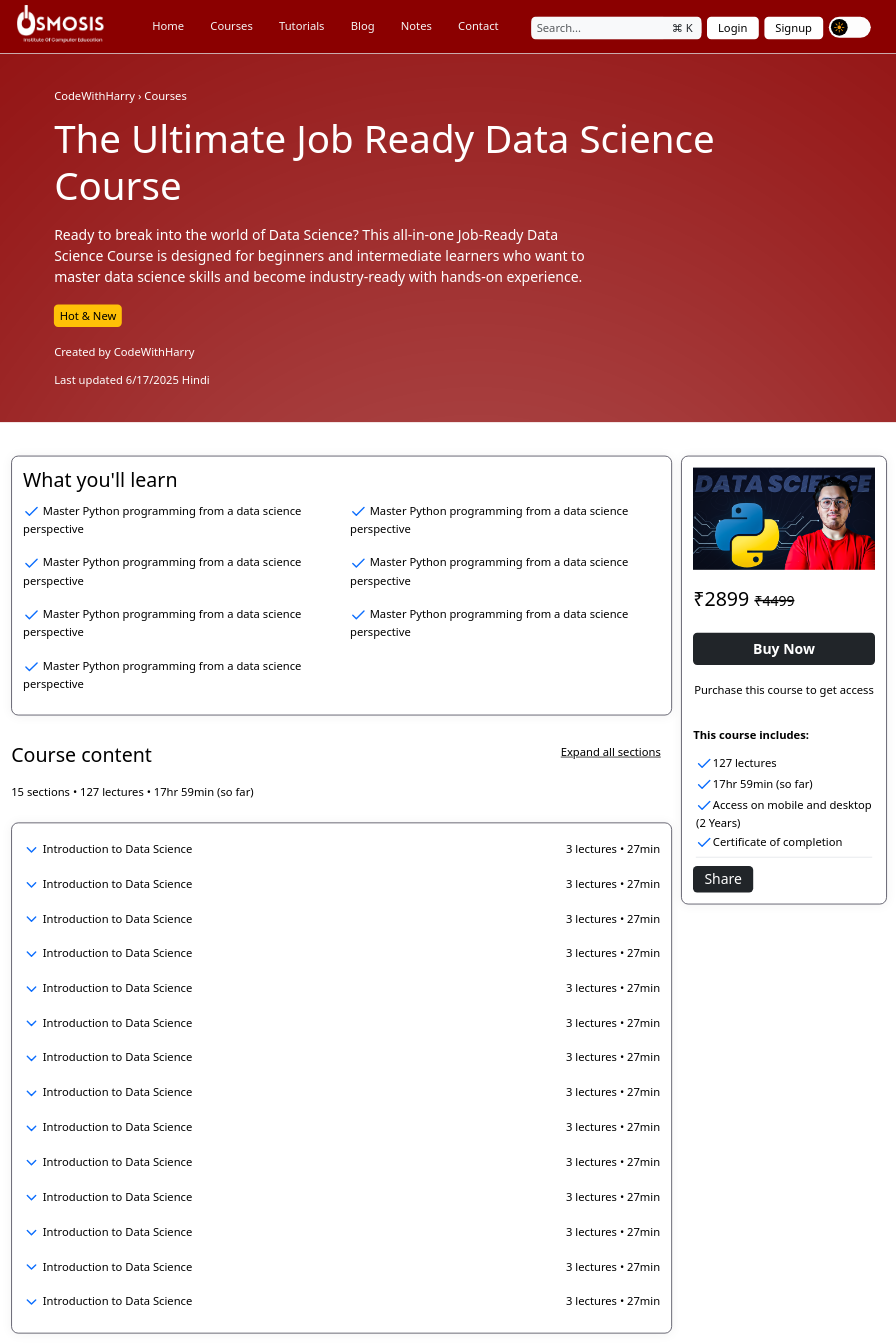
Repository: samriidhpandey/osmosis
Page: /part1
An editor plug-in stored every save of this project. The page is shown before and after the next save, followed by the edit.
The browser window is 1280 px wide. The pictures show the part of the page from y = 0 to 1920 px (the page is 2843 px tall), at 70% of full size.
The project was rebuilt for these pictures with package versions that can differ from the ones it lists, and the page was loaded fresh each time. Also part of the build but not shown: vite.config.js, src/Section2.jsx, src/Section3.jsx, src/Section4.jsx, src/Section5.jsx, src/Hero.jsx, src/Component2/Courses.jsx, src/component3/Tutorial.jsx and 84 more. Imported but missing from the stored project, and not drawn on this page: src/Images/final-app-on-mobile.mp4, src/Images/final-app-on-pc.mp4, src/Images/open-terminals.mp4, src/Images/python-location.mp4.

Above is the page before, as saved 2025-07-12 09:40:31.

After the next save:
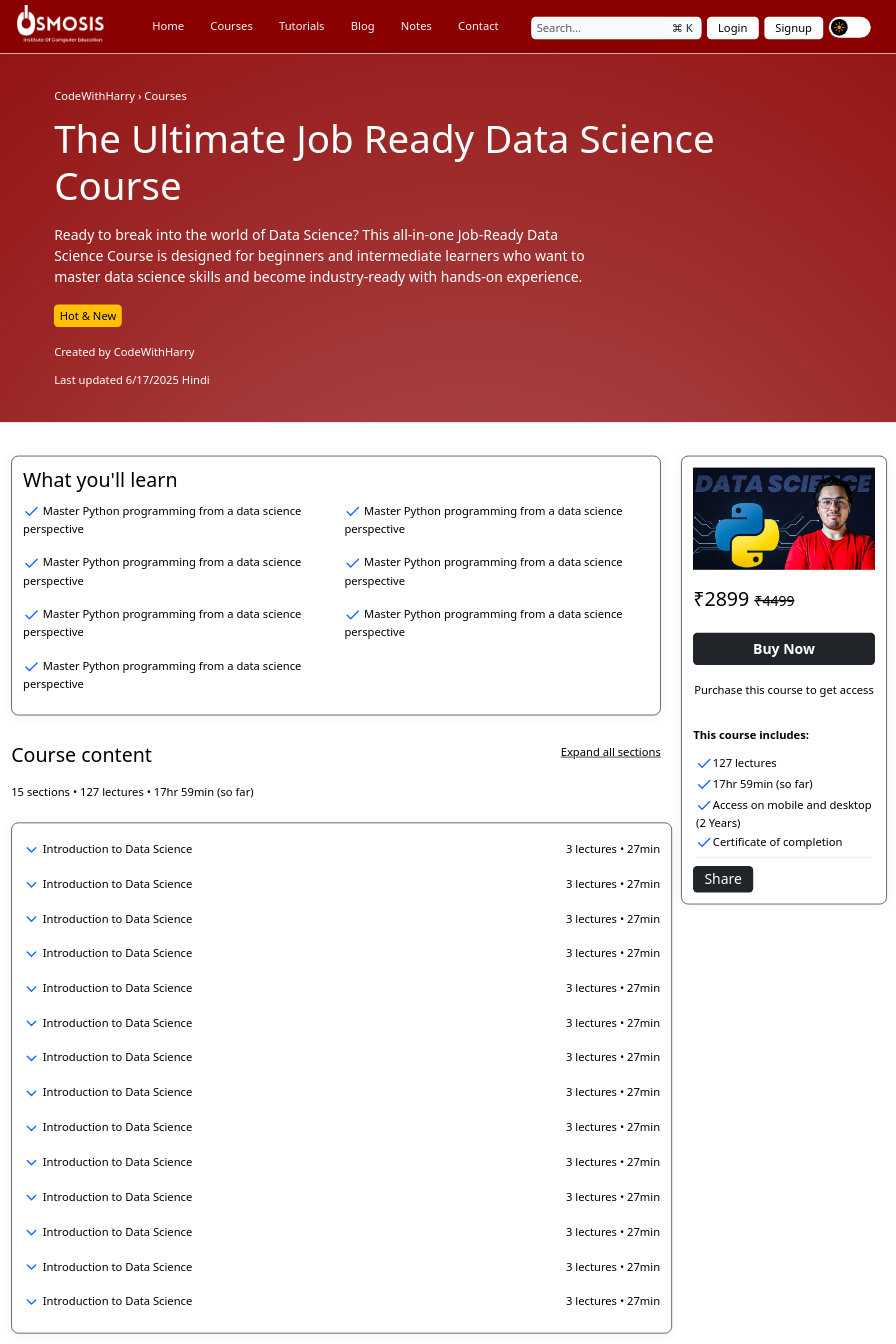
Saved 4 s later.
--- a/src/Component2/Part1.jsx
+++ b/src/Component2/Part1.jsx
@@ -31,7 +31,7 @@
 
         <div className="row revers" style={details} >
           <div className="col-12 col-sm-12 col-md-12 col-lg-9 col-xl-9 col-xxl-8 mb-5">
-            <div className="row ps-3 ">
+            <div className="row ps-3 pe-3">
               <div className="col-12 p-3 mt-5 mb-4 details-box ">
                 <h3>What you'll learn</h3>
                 <div className="row">
